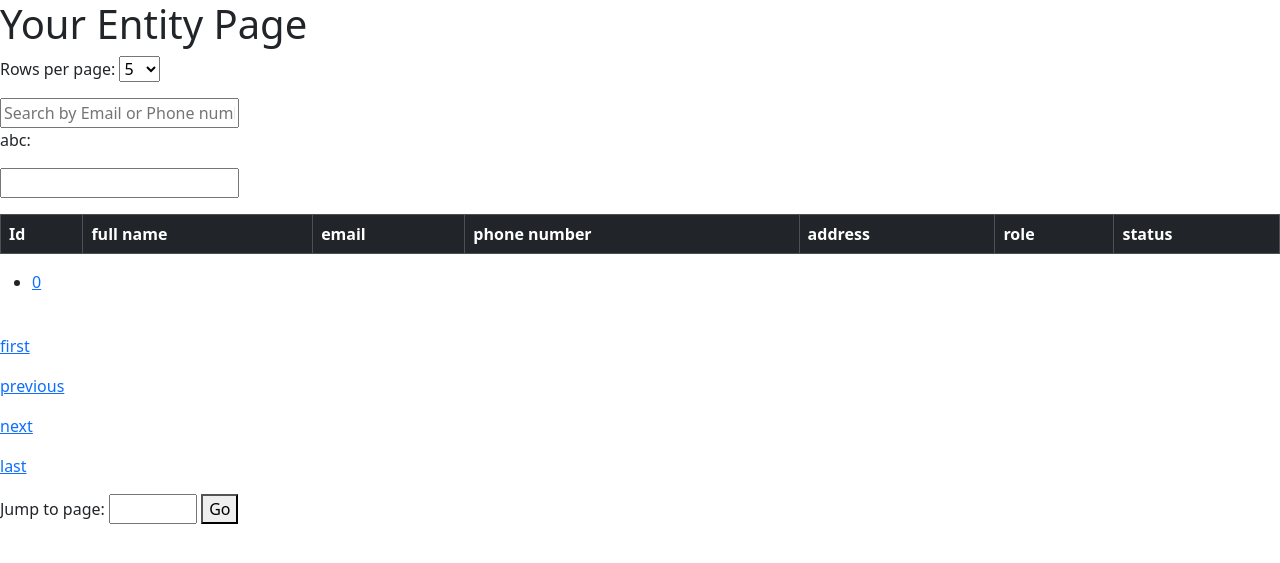
Repository: haitmq97/java-lab
Page: http://localhost/PRJ321x_Project1_haitmqfx22585/WEB-INF/views/page-list.jsp
The author's editor kept a copy of each file at every save. The page is drawn from the files as they stood at one save, then again after the next save.
The browser window is 1280 px wide. The pictures show the whole page.
The page is served by Tomcat 9. Nobody is signed in. Other server files are loaded and not shown. The template is opened directly, without the code that normally fills it, so the values that code supplies are empty.

Above is the page before, as saved 2024-01-13 19:57:26.

### PRJ321x_Project1_haitmqfx22585/WebContent/WEB-INF/views/page-list.jsp
<%@ page contentType="text/html;charset=UTF-8" language="java"%>
<%@ taglib prefix="c" uri="http://java.sun.com/jsp/jstl/core"%>
<html>
<head>
<title>Your Entity Page</title>

<meta name="viewport" content="width=device-width, initial-scale=1">

<link
	href="https://cdn.jsdelivr.net/npm/bootstrap@5.3.2/dist/css/bootstrap.min.css"
	rel="stylesheet"
	integrity="sha384-T3c6CoIi6uLrA9TneNEoa7RxnatzjcDSCmG1MXxSR1GAsXEV/Dwwykc2MPK8M2HN"
	crossorigin="anonymous">



</head>
<body>
	<h1>Your Entity Page</h1>

	<form action="" method="get">
		<label for="pageSize">Rows per page:</label> <select id="pageSize"
			name="size" onchange="this.form.submit()">
			<option value="5" ${paginatedData.size == 5 ? 'selected' : ''}>5</option>
			<option value="10" ${paginatedData.size == 10 ? 'selected' : ''}>10</option>
			<option value="15" ${paginatedData.size == 15 ? 'selected' : ''}>15</option>
			<option value="20" ${paginatedData.size == 20 ? 'selected' : ''}>20</option>
			<!-- Add more options as needed -->
		</select>
		<noscript>
			<input type="submit" value="Submit">
		</noscript>
	</form>
	<%--
	<form action="" method="get">
		<input type="text" name="searchingValue" value="${searchingValue}"
			placeholder="Search by Email or Phone number"
			oninput="this.form.submit()"></input>

		<noscript>
			<input type="submit" value="Submit">
		</noscript>
	</form>

--%>

	<form action="" method="get">
		<input type="text" name="searchInput"
			placeholder="Search by Email or Phone number"
			oninput="return changeVariable(this.value)"></input>
 <p>abc:  </p>
	<input type="text" id="a1"  name="searchingValue" value="${searchingValue}"></input>
		<noscript>
			<input type="submit" value="Submit">
		</noscript>

	</form>



	<%-- customer list --%>
	<table
		class="table table-bordered table-striped border-black table-success">
		<thead>
			<tr class="table-dark">
				<th>Id</th>
				<th>full name</th>
				<th>email</th>
				<th>phone number</th>
				<th>address</th>
				<th>role</th>
				<th>status</th>

			</tr>
		</thead>

		<tbody class="table-group-divider">
			<!-- loop over and print customer in list -->


			<c:forEach var="tempUser" items="${paginatedData.content}">
				<tr>
					<td>${tempUser.id}</td>
					<td>${tempUser.fullName}</td>
					<td>${tempUser.email}</td>
					<td>${tempUser.phoneNumber}</td>
					<td>${tempUser.address}</td>
					<td>${tempUser.role.roleName}</td>
					<td>${tempUser.status}</td>

				</tr>
			</c:forEach>
		</tbody>
	</table>


	<div>
		<ul>
			<c:forEach var="i" begin="${paginatedData.number}"
				end="${paginatedData.totalPages}">
				<li><a href="?page=${i}&size=${paginatedData.size}">${i}</a></li>
			</c:forEach>
		</ul>

		<br>
		<div>
			<p>
				<a
					href="?page=0&size=${currentSize}&searchingValue=${searchingValue}">first</a>
			</p>
			<p>
				<a
					href="?page=${prevPage}&size=${currentSize}&searchingValue=${searchingValue}">previous</a>
			</p>
			<p>
				<a
					href="?page=${nextPage}&size=${currentSize}&searchingValue=${searchingValue}">next</a>
			</p>
			<p>
				<a
					href="?page=${paginatedData.totalPages-1}&size=${currentSize}&searchingValue=${searchingValue}">last</a>
			</p>



			<form action="" method="get">
				<label for="jumpToPage">Jump to page:</label> <input type="number"
					id="jumpToPage" name="page" min="0"
					max="${paginatedData.totalPages - 1}" required> <input
					type="hidden" name="size" value="${currentSize}">
				<button type="submit">Go</button>
			</form>

		</div>

	</div>


	<script>
		function changeVariable(stringParam) {
			document.getElementById("a1").value = stringParam;
			return true;
		}
	</script>

</body>
</html>

After the next save:
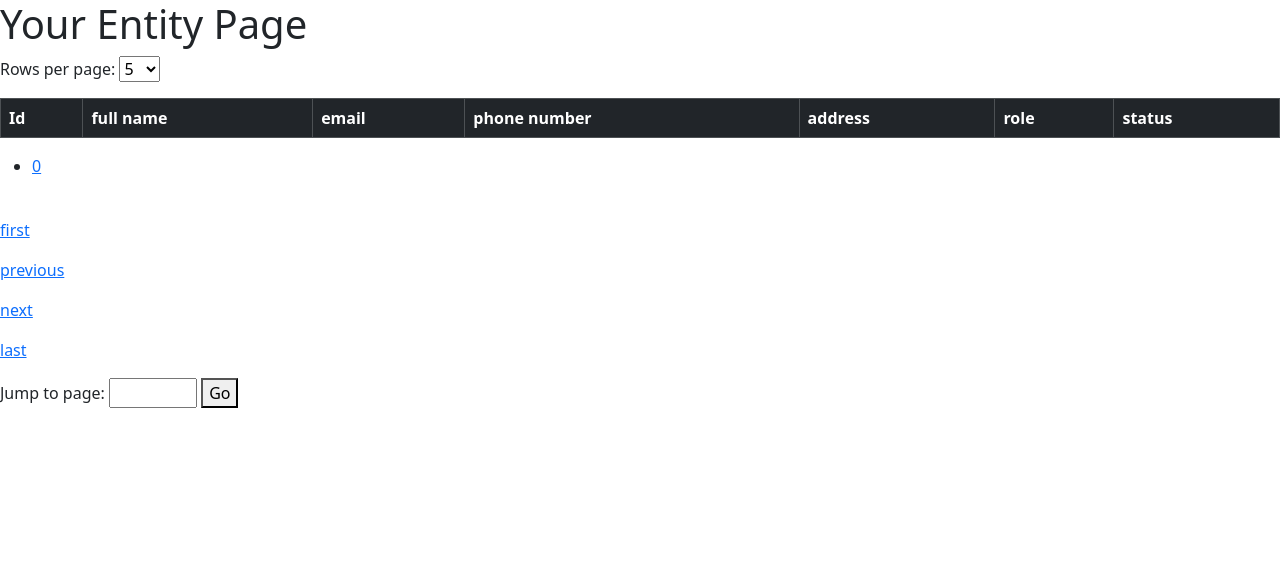
Saved 13 h 32 min later.
--- a/PRJ321x_Project1_haitmqfx22585/WebContent/WEB-INF/views/page-list.jsp
+++ b/PRJ321x_Project1_haitmqfx22585/WebContent/WEB-INF/views/page-list.jsp
@@ -42,7 +42,7 @@
 		</noscript>
 	</form>
 
---%>
+
 
 	<form action="" method="get">
 		<input type="text" name="searchInput"
@@ -56,7 +56,7 @@
 
 	</form>
 
-
+--%>
 
 	<%-- customer list --%>
 	<table
